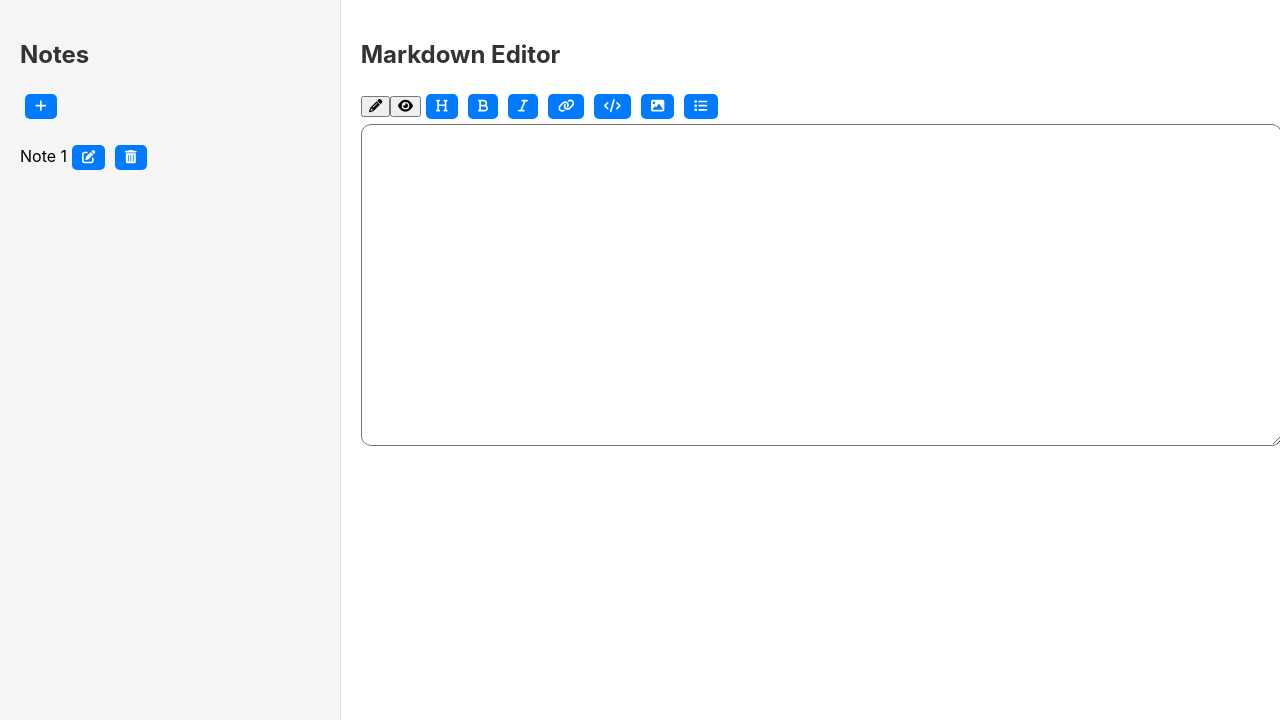
Repository: sriram1224/markdown_editor
Page: /
These files come from the project's save history. The page is drawn as it stood at one moment and after the next save; the edit follows.
The browser window is 1280 px wide. The pictures show the whole page.
The project was rebuilt for these pictures with package versions that can differ from the ones it lists, and the page was loaded fresh each time.

Above is the page before, as saved 2024-04-22 23:23:04.

After the next save:
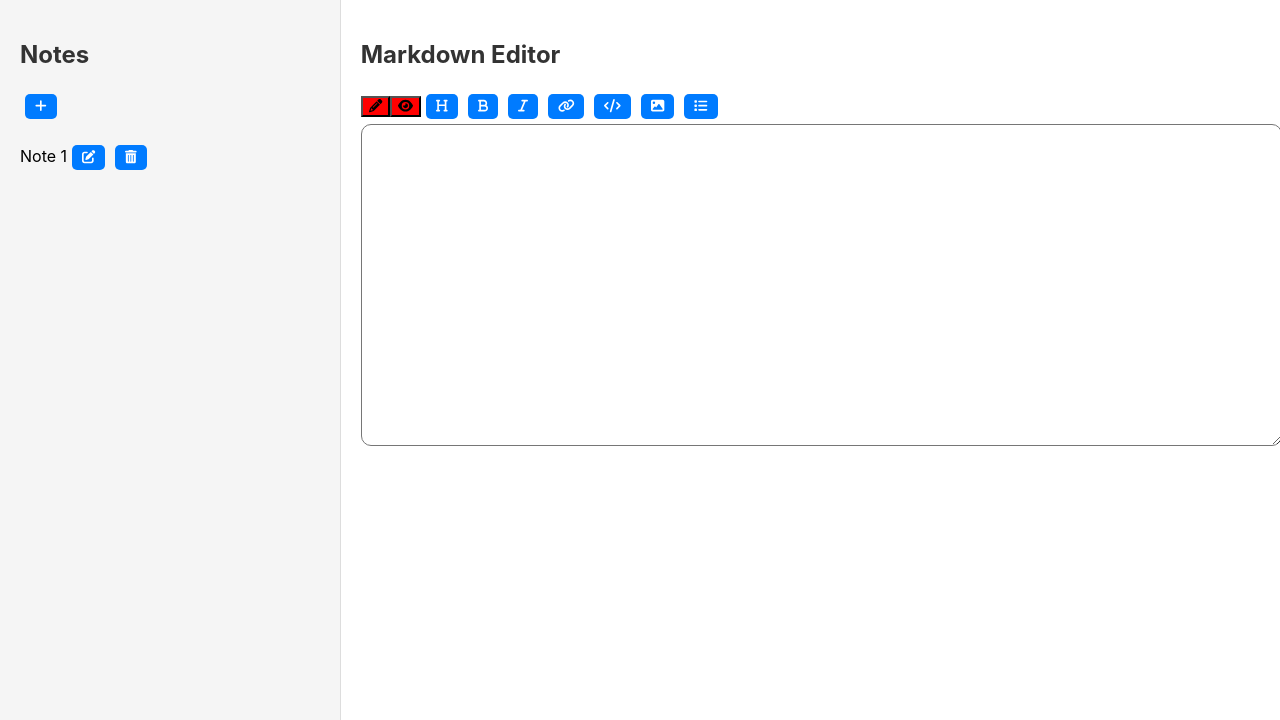
Saved 8 s later.
--- a/src/App.css
+++ b/src/App.css
@@ -11,7 +11,7 @@
   overflow-y: auto;
 }
 
-.one{
+.button-one{
   background-color:red;
 
 }
